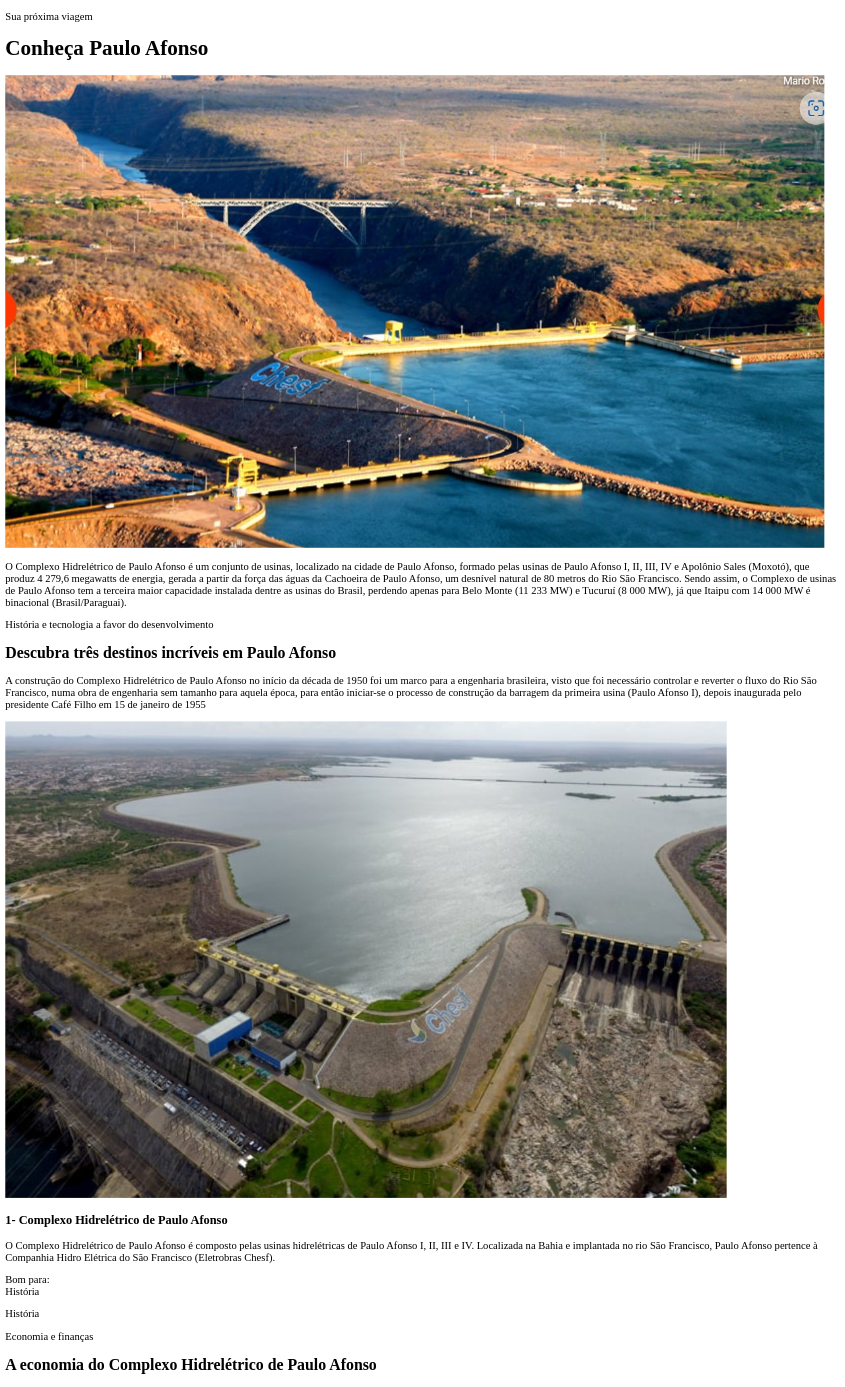
Repository: JeffRodFer/testeGitXGithub
Page: index.html
The author's editor kept a copy of each file at every save. The page is drawn from the files as they stood at one save, then again after the next save.
The browser window is 1280 px wide. The pictures show the whole page, at 66% of full size.

Above is the page before, as saved 2025-03-15 18:46:06.

### index.html
<!DOCTYPE html>
<html lang="pt-br">
<head>
    <meta charset="UTF-8">
    <meta name="viewport" content="width=device-width, initial-scale=1.0">
    <title>Local Turístico</title>
</head>
<body>
    <main>
        <div>
            <p>Sua próxima viagem</p>
            <h1>Conheça Paulo Afonso</h1>
            <section>
                <img src="assets/main.jpg" alt="visão geral da hidroelêtrica">
                <p>O Complexo Hidrelétrico de Paulo Afonso é um conjunto de usinas, localizado na cidade de Paulo Afonso, formado pelas usinas de Paulo Afonso I, II, III, IV e Apolônio Sales (Moxotó), que produz 4 279,6 megawatts de energia, gerada a partir da força das águas da Cachoeira de Paulo Afonso, um desnível natural de 80 metros do Rio São Francisco. Sendo assim, o Complexo de usinas de Paulo Afonso tem a terceira maior capacidade instalada dentre as usinas do Brasil, perdendo apenas para Belo Monte (11 233 MW) e Tucuruí (8 000 MW), já que Itaipu com 14 000 MW é binacional (Brasil/Paraguai). </p>
            </section>
            <section>
                    <p>História e tecnologia a favor do desenvolvimento</p>
                    <h2>Descubra três destinos incríveis em Paulo Afonso</h2>
                    <p>
                    A construção do Complexo Hidrelétrico de Paulo Afonso no início da década de 1950 foi um marco para a engenharia brasileira, visto que foi necessário controlar e reverter o fluxo do Rio São Francisco, numa obra de engenharia sem tamanho para aquela época, para então iniciar-se o processo de construção da barragem da primeira usina (Paulo Afonso I), depois inaugurada pelo presidente Café Filho em 15 de janeiro de 1955
                     </p>
                    <img src="assets/hidroele.jpg" alt="hidroelêtrica">
                    <h3>1- Complexo Hidrelétrico de Paulo Afonso</h3>
                    <p>
                     O Complexo Hidrelétrico de Paulo Afonso é composto pelas usinas hidrelétricas de Paulo Afonso I, II, III e IV. Localizada na Bahia e implantada no rio São Francisco, Paulo Afonso pertence à Companhia Hidro Elétrica do São Francisco (Eletrobras Chesf).
                    </p>
                    <P>Bom para: <br>
                        História</P>
                    <p>História</p>
            </section>
            <section>
                <p>Economia e finanças</p>
                <h2>A economia do Complexo Hidrelétrico de Paulo Afonso</h2>
            </section>

        </div>
    </main>
</body>
</html>

After the next save:
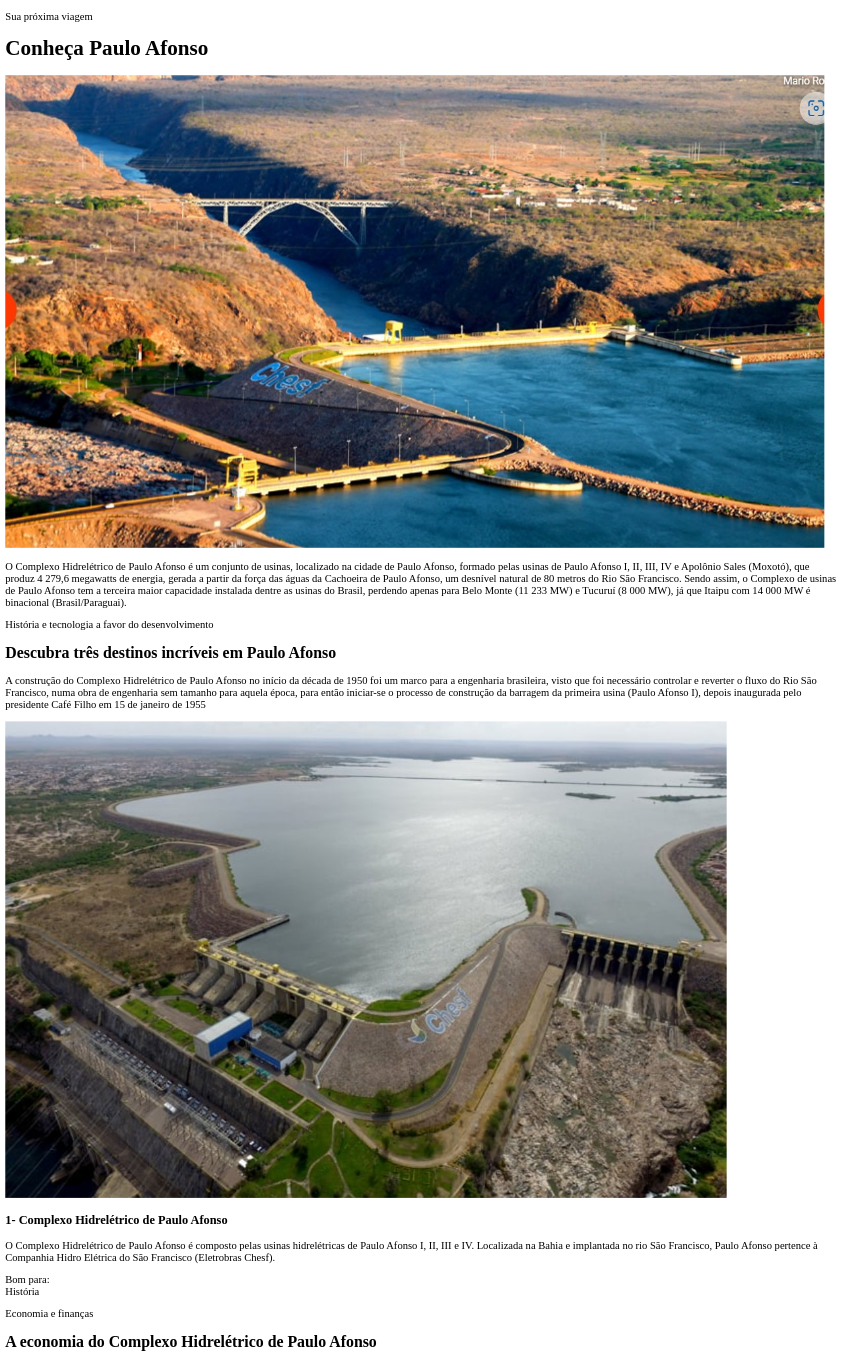
Saved 38 s later.
--- a/index.html
+++ b/index.html
@@ -27,7 +27,6 @@
                     </p>
                     <P>Bom para: <br>
                         História</P>
-                    <p>História</p>
             </section>
             <section>
                 <p>Economia e finanças</p>
